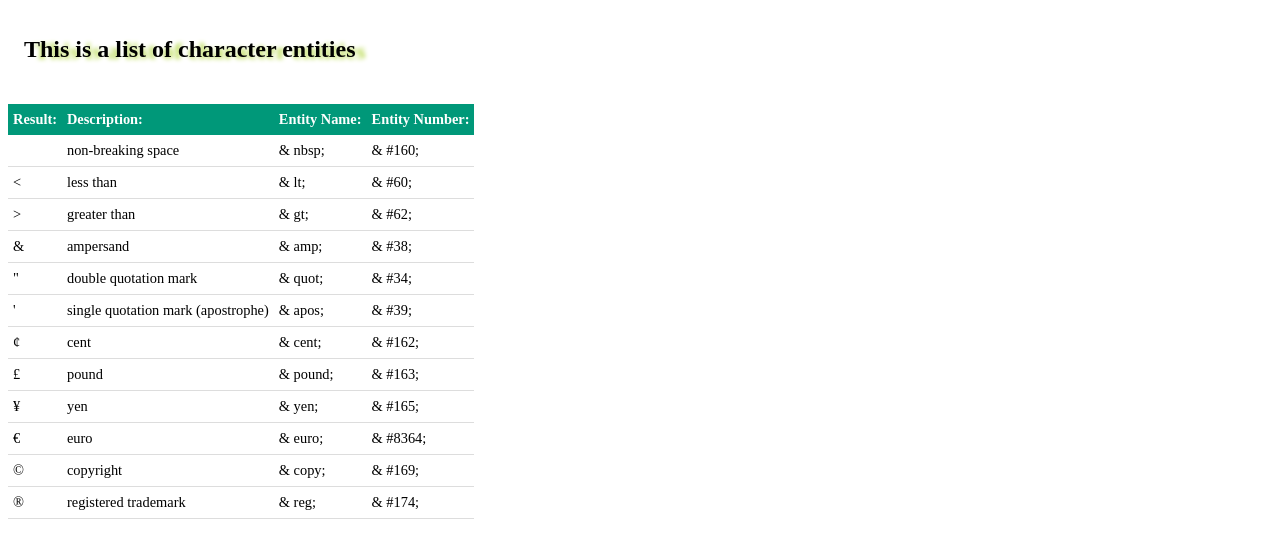
Repository: linas-dev/HTML-CSS-Projects
Page: Basic_HTML_and_CSS/Basic_HTML_5.html
An editor plug-in stored every save of this project. The page is shown before and after the next save, followed by the edit.
The browser window is 1280 px wide. The pictures show the whole page.

Above is the page before, as saved 2021-05-30 11:21:17.

### Basic_HTML_and_CSS/Basic_HTML_5.html
<!DOCTYPE html>
<html lang="en">
<head>
    <meta charset="UTF-8">
    <meta http-equiv="X-UA-Compatible" content="IE=edge">
    <meta name="viewport" content="width=device-width, initial-scale=1.0">
    <link rel="stylesheet" href="Basic_CSS_2.css">
    <title>Document</title>
</head>
<body>

    <h2>This is a list of character entities</h2>

    <table class="table">
        <thead>
            <td>Result:</td>
            <td>Description: </td>
            <td>Entity Name:</td>
            <td>Entity Number:</td>
        </thead>
        <tbody>
            <tr>
                <td class="shadow"></td>
                <td>non-breaking space</td>
                <td>& nbsp;</td>
                <td>& #160;</td>
            </tr>
            <tr>
                <td><</td>
                <td>less than</td>
                <td>& lt;</td>
                <td>& #60;</td>
            </tr>
            <tr>
                <td>></td>
                <td> greater than</td>
                <td> & gt;</td>
                <td> & #62;</td>
            </tr>
            <tr>
                <td>&</td>
                <td> ampersand</td>
                <td> & amp;</td>
                <td> & #38;</td>
            </tr>
            <tr>
                <td>"</td>
                <td> double quotation mark</td>
                <td> & quot;</td>
                <td> & #34;</td>
            </tr>
            <tr>
                <td>'</td>
                <td> single quotation mark (apostrophe)</td>
                <td> & apos;</td>
                <td> & #39;</td>
            </tr>
            <tr>
                <td>¢</td>
                <td> cent</td>
                <td> & cent;</td>
                <td> & #162;</td>
            </tr>
            <tr>
                <td>£</td>
                <td> pound</td>
                <td> & pound;</td>
                <td> & #163;</td>
            </tr>
            <tr>
                <td>¥</td>
                <td> yen</td>
                <td> & yen;</td>
                <td> & #165;</td>
            </tr>
            <tr>
                <td>€</td>
                <td> euro</td>
                <td> & euro;</td>
                <td> & #8364;</td>
            </tr>
            <tr>
                <td>©</td>
                <td> copyright</td>
                <td> & copy;</td>
                <td> & #169;</td>
            </tr>
            <tr>
                <td>®</td>
                <td> registered trademark</td>
                <td> & reg;</td>
                <td> & #174;</td>
            </tr>
        </tbody>
    </table>

</body>
</html>

### Basic_HTML_and_CSS/Basic_CSS_2.css
h2 {
    padding: 1rem;
    text-shadow: 10px 2px 4px #bada55;
}

.shadow {
    text-shadow: 10px 2px 4px #bada55;
}

.table {
    border-collapse: collapse;
    margin: 25px 0;
    font-size: 0.9em;
    min-width: 400px;
}

.table thead tr {
    background-color: #009879;
    color: #fff;
    text-align: left;
    font-weight: bold;
}

.table th, .table td {
    padding: 7px 5px;
}

.table tbody tr {
    border-bottom: 1px solid #dddddd;
}

After the next save:
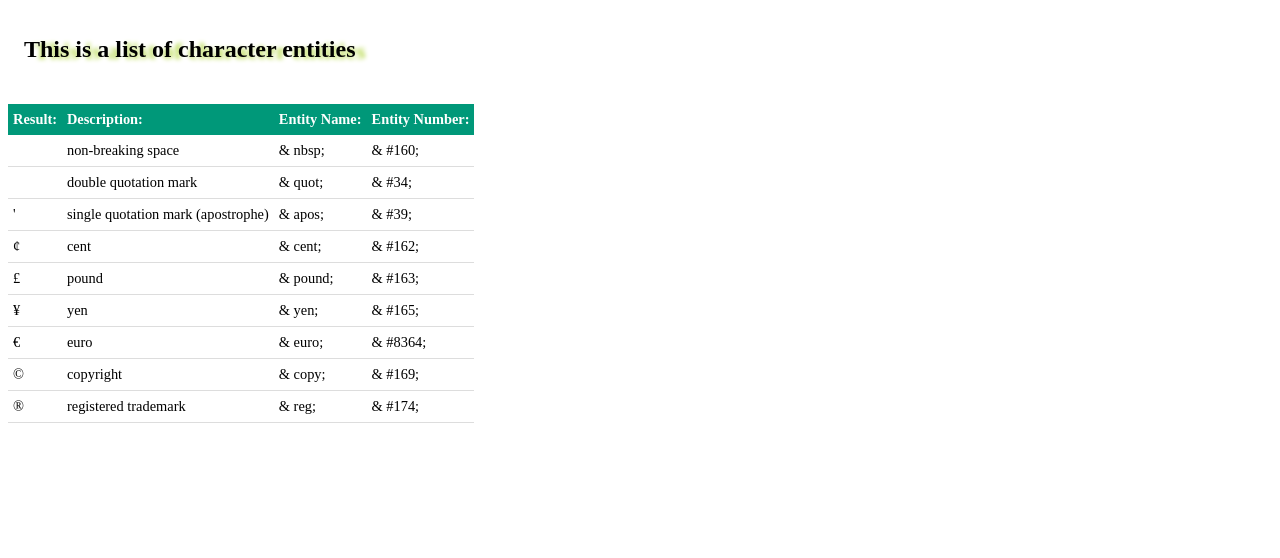
Saved 18 s later.
--- a/Basic_HTML_and_CSS/Basic_HTML_5.html
+++ b/Basic_HTML_and_CSS/Basic_HTML_5.html
@@ -26,7 +26,7 @@
                 <td>& #160;</td>
             </tr>
             <tr>
-                <td><</td>
+                <td class="shadow><</td>
                 <td>less than</td>
                 <td>& lt;</td>
                 <td>& #60;</td>

After the 2 saves that followed:
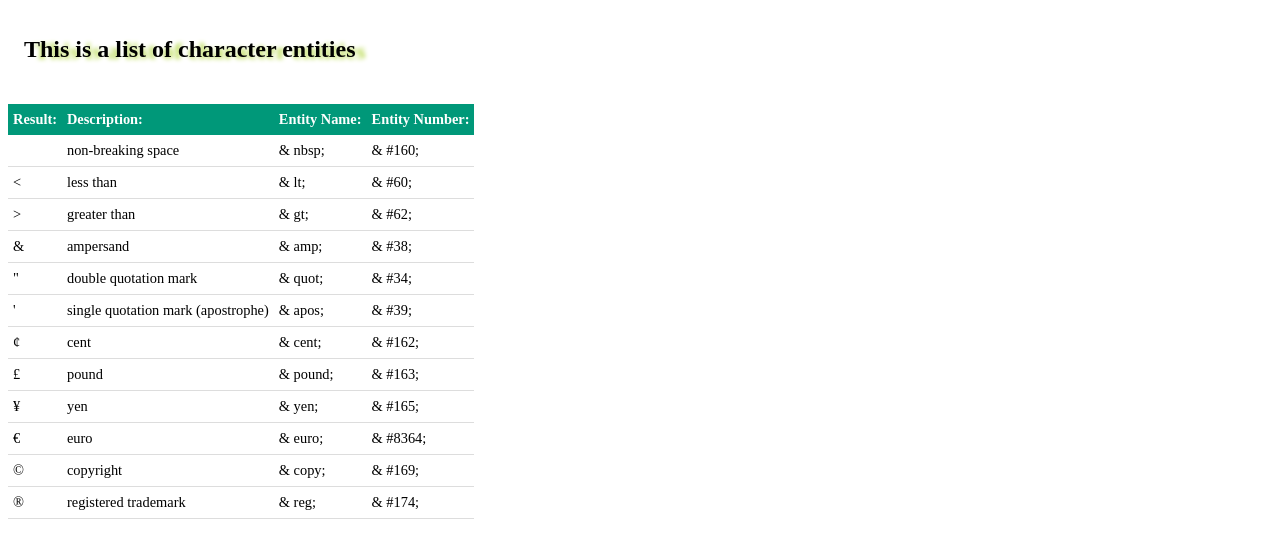
The 2 saves are shown as one change because they came seconds apart.
The last was saved 19 s later.
--- a/Basic_HTML_and_CSS/Basic_HTML_5.html
+++ b/Basic_HTML_and_CSS/Basic_HTML_5.html
@@ -26,7 +26,7 @@
                 <td>& #160;</td>
             </tr>
             <tr>
-                <td class="shadow><</td>
+                <td ><</td>
                 <td>less than</td>
                 <td>& lt;</td>
                 <td>& #60;</td>
